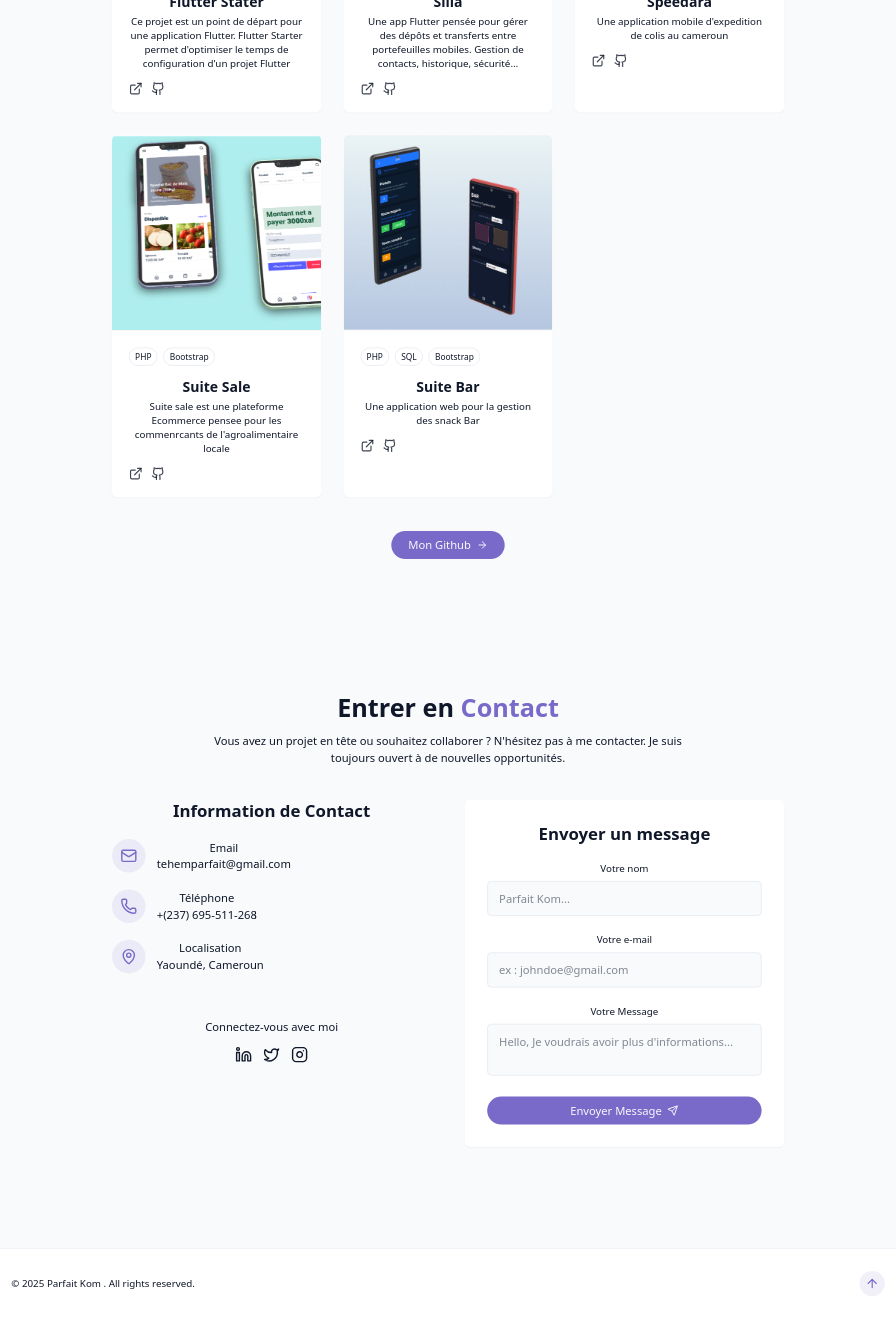
Repository: KOMI18/komi-folio
Page: /
These files come from the project's save history. The page is drawn as it stood at one moment and after a run of saves; the edit follows.
The browser window is 1280 px wide. The pictures show the part of the page from y = 4531 to 6451 px (the page is 6431 px tall before and 6451 px after), at 70% of full size.
The project was rebuilt for these pictures with package versions that can differ from the ones it lists, and the page was loaded fresh each time. Also part of the build but not shown: vite.config.js, src/pages/NotFound.jsx.

Above is the page before, as saved 2025-06-28 12:51:53.

### index.html
<!doctype html>
<html lang="en">
  <head>
    <meta charset="UTF-8" />
    <link rel="icon" type="image/svg+xml" href="" />
    <meta name="viewport" content="width=device-width, initial-scale=1.0" />
    <title>Parfait Kom</title>
  </head>
  <body>
    <div id="root"></div>
    <script type="module" src="/src/main.jsx"></script>
  </body>
</html>

### src/pages/Home.jsx
import { Navbar } from "../components/Navbar";
import { ThemeToggle } from "../components/ThemeToggle";
import { StarBackground } from "@/components/StarBackground";
import { HeroSection } from "../components/HeroSection";
import { AboutSection } from "../components/AboutSection";
import { SkillsSection } from "../components/SkillsSection";
import { ProjectsSection } from "../components/ProjectsSection";
import { ContactSection } from "../components/ContactSection";
import { Footer } from "../components/Footer";
import {ExperienceSection} from "../components/ExperianceSection"
import { ExpertiseSection } from "../components/ExpertiseSection";
export const Home = () => {
  return (
    <div className="min-h-screen bg-background text-foreground overflow-x-hidden">
      {/* Theme Toggle */}
      <ThemeToggle />
      {/* Background Effects */}
      <StarBackground />

      {/* Navbar */}
      <Navbar />
      {/* Main Content */}
      <main>
        <HeroSection />
        <AboutSection />
        <ExpertiseSection/>
        <ExperienceSection/>
        <SkillsSection />
        <ProjectsSection />
        <ContactSection />
      </main>

      {/* Footer */}
      <Footer />
    </div>
  );
};

### src/components/ui/toaster.jsx
import { useToast } from "@/hooks/use-toast";
import {
  Toast,
  ToastClose,
  ToastDescription,
  ToastProvider,
  ToastTitle,
  ToastViewport,
} from "@/components/ui/toast";

export function Toaster() {
  const { toasts } = useToast();

  return (
    <ToastProvider>
      {toasts.map(function ({ id, title, description, action, ...props }) {
        return (
          <Toast key={id} {...props}>
            <div className="grid gap-1">
              {title && <ToastTitle>{title}</ToastTitle>}
              {description && (
                <ToastDescription>{description}</ToastDescription>
              )}
            </div>
            {action}
            <ToastClose />
          </Toast>
        );
      })}
      <ToastViewport />
    </ToastProvider>
  );
}

### src/components/Navbar.jsx
import { cn } from "@/lib/utils";
import { Menu, X } from "lucide-react";
import { useEffect, useState } from "react";
import { ThemeToggle } from "./ThemeToggle";
const navItems = [
  { name: "Home", href: "#hero" },
  { name: "A Propos", href: "#about" },
  { name: "Experience", href: "#experience" },
  { name: "Competences", href: "#skills" },
  { name: "Projets", href: "#projects" },
  { name: "Contact", href: "#contact" },


];

export const Navbar = () => {
  const [isScrolled, setIsScrolled] = useState(false);
  const [isMenuOpen, setIsMenuOpen] = useState(false);

  useEffect(() => {
    const handleScroll = () => {
      setIsScrolled(window.screenY > 10);
    };

    window.addEventListener("scroll", handleScroll);
    return () => window.removeEventListener("scroll", handleScroll);
  }, []);
  return (
    <nav
      className={cn(
        "fixed w-full z-40 transition-all duration-300",
        isScrolled ? "py-3 bg-background/80 backdrop-blur-md shadow-xs" : "py-5"
      )}
    >
      <div className="container flex items-center justify-between">
        <a
          className="text-xl font-bold text-primary flex items-center"
          href="#hero"
        >
          <span className="relative z-10">
            <span className="text-glow text-foreground"> Parfait  </span>{" "}
            Kom
          </span>
        </a>

        {/* desktop nav */}
        <div className="hidden md:flex space-x-8">
          {navItems.map((item, key) => (
            <a
              key={key}
              href={item.href}
              className="text-foreground/80 hover:text-primary transition-colors duration-300"
            >
              {item.name}
            </a>
          ))}
        </div>

        {/* mobile nav */}

        <div className="flex items-center px-5 justify-end">
          <ThemeToggle />

        <button
          onClick={() => setIsMenuOpen((prev) => !prev)}
          className="md:hidden p-2 text-foreground z-50"
          aria-label={isMenuOpen ? "   Menu" : "Open Menu"}
        >
          {isMenuOpen ? <X size={24} /> : <Menu size={24} />}{" "}
        </button>
        </div>
        <div
          className={cn(
            "fixed inset-0 bg-background/95 backdroup-blur-md z-40 flex flex-col items-center justify-center",
            "transition-all duration-300 md:hidden",
            isMenuOpen
              ? "opacity-100 pointer-events-auto"
              : "opacity-0 pointer-events-none"
          )}
        >
          <div className="flex flex-col space-y-8 text-xl">
            {navItems.map((item, key) => (
              <a
                key={key}
                href={item.href}
                className="text-foreground/80 hover:text-primary transition-colors duration-300"
                onClick={() => setIsMenuOpen(false)}
              >
                {item.name}
              </a>
            ))}
          </div>
        </div>
      </div>
    </nav>
  );
};

### src/components/ThemeToggle.jsx
import { Moon, Sun } from "lucide-react";
import { useEffect, useState } from "react";
import { cn } from "@/lib/utils";

export const ThemeToggle = () => {
  const [isDarkMode, setIsDarkMode] = useState(false);

  useEffect(() => {
    const storedTheme = localStorage.getItem("theme");
    if (storedTheme === "dark") {
      setIsDarkMode(true);
      document.documentElement.classList.add("dark");
    } else {
      localStorage.setItem("theme", "light");
      setIsDarkMode(false);
    }
  }, []);

  const toggleTheme = () => {
    if (isDarkMode) {
      document.documentElement.classList.remove("dark");
      localStorage.setItem("theme", "light");
      setIsDarkMode(false);
    } else {
      document.documentElement.classList.add("dark");
      localStorage.setItem("theme", "dark");
      setIsDarkMode(true);
    }
  };

  return (
    <button
      onClick={toggleTheme}
      className={cn(
        "fixed top-5 right-5 z-30 p-2 rounded-full transition-colors duration-300",
        "focus:outline-none"
      )}
    >
      {isDarkMode ? (
        <Sun className="h-6 w-6 text-yellow-300" />
      ) : (
        <Moon className="h-6 w-6 text-blue-900" />
      )}
    </button>
  );
};

### src/components/StarBackground.jsx
import { useEffect, useState } from "react";

// id, size, x, y, opacity, animationDuration
// id, size, x, y, delay, animationDuration

export const StarBackground = () => {
  const [stars, setStars] = useState([]);
  const [meteors, setMeteors] = useState([]);

  useEffect(() => {
    generateStars();
    generateMeteors();

    const handleResize = () => {
      generateStars();
    };

    window.addEventListener("resize", handleResize);

    return () => window.removeEventListener("resize", handleResize);
  }, []);

  const generateStars = () => {
    const numberOfStars = Math.floor(
      (window.innerWidth * window.innerHeight) / 10000
    );

    const newStars = [];

    for (let i = 0; i < numberOfStars; i++) {
      newStars.push({
        id: i,
        size: Math.random() * 3 + 1,
        x: Math.random() * 100,
        y: Math.random() * 100,
        opacity: Math.random() * 0.5 + 0.5,
        animationDuration: Math.random() * 4 + 2,
      });
    }

    setStars(newStars);
  };

  const generateMeteors = () => {
    const numberOfMeteors = 4;
    const newMeteors = [];

    for (let i = 0; i < numberOfMeteors; i++) {
      newMeteors.push({
        id: i,
        size: Math.random() * 2 + 1,
        x: Math.random() * 100,
        y: Math.random() * 20,
        delay: Math.random() * 15,
        animationDuration: Math.random() * 3 + 3,
      });
    }

    setMeteors(newMeteors);
  };

  return (
    <div className="fixed inset-0 overflow-hidden pointer-events-none z-0">
      {stars.map((star) => (
        <div
          key={star.id}
          className="star animate-pulse-subtle"
          style={{
            width: star.size + "px",
            height: star.size + "px",
            left: star.x + "%",
            top: star.y + "%",
            opacity: star.opacity,
            animationDuration: star.animationDuration + "s",
          }}
        />
      ))}

      {meteors.map((meteor) => (
        <div
          key={meteor.id}
          className="meteor animate-meteor"
          style={{
            width: meteor.size * 50 + "px",
            height: meteor.size * 2 + "px",
            left: meteor.x + "%",
            top: meteor.y + "%",
            animationDelay: meteor.delay,
            animationDuration: meteor.animationDuration + "s",
          }}
        />
      ))}
    </div>
  );
};

### src/components/AboutSection.jsx

import { ArrowRight , Image} from "lucide-react";

export const AboutSection = () => {
  return (
    <section id="about" className="py-24 px-4 bg-background">
       <h2 className="text-3xl md:text-4xl font-bold mb-4 py-4 text-center">
          {" "}
          A <span className="text-primary">Propos</span>
        </h2>
      <div className="container mx-auto max-w-5xl grid grid-cols-1 md:grid-cols-2  gap-12 items-center">
        {/* Image */}
        <div className="order-first md:order-last flex justify-center md:justify-start">
          <div className="w-40 h-40 sm:w-80 sm:h-80 md:w-[500px] md:h-[500px] lg:w-[600px] lg:h-[600px] relative transform rotate-3 rounded-xl overflow-hidden border-4 border-primary shadow-lg transition-transform duration-500 hover:scale-105">
            <img
              src="/projects/parfaitkom.jpeg"
              alt="Parfait Kom"
              className="w-full h-full object-cover"
              width={500}
              height={500}
            />
          </div>
        </div>
        {/* Content */}
        <div className="space-y-6">
          <h2 className="text-3xl md:text-4xl font-bold text-left  md:text-left">
            Je transforme les idées en solutions qui bossent 24h/24 pour vous.
          </h2>

          <p className="text-muted-foreground text-left md:text-left">
            Je suis Parfait Kom, développeur mobile & web indépendant. Je construis des applications solides et utiles pour les PME et entrepreneurs du monde entier. Mon objectif ? Livrer des solutions concrètes, efficaces, sans blabla inutile. Du code propre, des résultats mesurables, et un vrai sens du travail bien fait.
          </p>

          <p className="text-muted-foreground text-left md:text-left">
            Mon approche est simple : comprendre rapidement vos enjeux, proposer des idées concrètes, et livrer des résultats de qualité. Pas de jargon. Pas de perte de temps. Juste du travail bien fait, avec méthode, passion et efficacité.
          </p>

          <div className="flex flex-col sm:flex-row gap-4 pt-2">
            <a href="#contact" className="cosmic-button">
              Entrer en contact
            </a>

            <a
              href="/docs/parfait_kom_cv.pdf"
              download
              className="px-6 py-2 rounded-full border border-primary text-primary hover:bg-primary/10 transition-colors duration-300 flex items-center gap-2"
            >
              Télécharger mon CV <ArrowRight className="w-4 h-4" />
            </a>
          </div>
        </div>
      </div>
    </section>
  );
};

export default AboutSection;

### src/components/SkillsSection.jsx
import { useState } from "react";
import { cn } from "@/lib/utils";

const skills = [
  // Frontend
  { name: "Flutter / Dart", level: 70, category: "frontend" },
  { name: "JavaScript", level: 60, category: "frontend" },
  { name: "React", level: 80, category: "frontend" },
  { name: "Tailwind CSS", level: 90, category: "frontend" },


  // Backend
  { name: "Node.js", level: 80, category: "backend" },
  { name: "Express", level: 75, category: "backend" },
  { name: "MongoDB", level: 70, category: "backend" },

  // Tools
  { name: "Git/GitHub", level: 80, category: "tools" },
  { name: "Postman", level: 80, category: "tools" },
];

const categories = ["Tout", "frontend", "backend", "tools"];

export const SkillsSection = () => {
  const [activeCategory, setActiveCategory] = useState("Tout");

  const filteredSkills = skills.filter(
    (skill) => activeCategory === "Tout" || skill.category === activeCategory
  );
  return (
    <section id="skills" className="py-24 px-4 relative bg-secondary/30">
      <div className="container mx-auto max-w-5xl">
        <h2 className="text-3xl md:text-4xl font-bold mb-12 text-center">
        Mes  <span className="text-primary"> compétences</span>
        </h2>

        <div className="flex flex-wrap justify-center gap-4 mb-12">
          {categories.map((category, key) => (
            <button
              key={key}
              onClick={() => setActiveCategory(category)}
              className={cn(
                "px-5 py-2 rounded-full transition-colors duration-300 capitalize",
                activeCategory === category
                  ? "bg-primary text-primary-foreground"
                  : "bg-secondary/70 text-forefround hover:bd-secondary"
              )}
            >
              {category}
            </button>
          ))}
        </div>

        <div className="grid grid-cols-1 sm:grid-cols-2 lg:grid-cols-3 gap-6">
          {filteredSkills.map((skill, key) => (
            <div
              key={key}
              className="bg-card p-6 rounded-lg shadow-xs card-hover"
            >
              <div className="text-left mb-4">
                <h3 className="font-semibold text-lg"> {skill.name}</h3>
              </div>
              <div className="w-full bg-secondary/50 h-2 rounded-full overflow-hidden">
                <div
                  className="bg-primary h-2 rounded-full origin-left animate-[grow_1.5s_ease-out]"
                  style={{ width: skill.level + "%" }}
                />
              </div>

              <div className="text-right mt-1">
                <span className="text-sm text-muted-foreground">
                  {skill.level}%
                </span>
              </div>
            </div>
          ))}
        </div>
      </div>
    </section>
  );
};

### src/components/ProjectsSection.jsx
import { ArrowRight, ExternalLink, Github } from "lucide-react";

const projects = [

  {
    id: 2,
    title: "Flutter Stater",
    description:
      "Ce projet est un point de départ pour une application Flutter. Flutter Starter permet d'optimiser le temps de configuration d'un projet Flutter",
    image: "/projects/starter.jpeg",
    tags: ["Flutter", "Dart"],
    demoUrl: "#",
    githubUrl: "https://github.com/KOMI18/flutter_starter/tree/master",
  },
  {
    id: 2,
    title: "Silia",
    description:
      "Une app Flutter pensée pour gérer des dépôts et transferts entre portefeuilles mobiles. Gestion de contacts, historique, sécurité…",
    image: "/projects/project3.png",
    tags: ["Flutter", "Dart", "GetX"],
    // demoUrl: "#",
    githubUrl: "https://github.com/KOMI18/silia",
  },
  {
    id: 3,
    title: "Speedara",
    description:
      "Une application mobile d'expedition de colis au cameroun",
    image: "/projects/speedara.jpeg",
    tags: ["Flutter", "Dart", "GetX" ],
    demoUrl: "#",
    githubUrl: "#",
  },
  {
    id: 2,
    title: "Suite Sale",
    description:
      "Suite sale est une plateforme Ecommerce pensee pour les commenrcants de l'agroalimentaire locale",
    image: "/projects/sale.png",
    tags: ["PHP", "Bootstrap"],
    demoUrl: "#",
    githubUrl: "https://cosmopharmalindustry.com/suitesale/app/Pages/Login.php",
  },
  {
    id: 1,
    title: "Suite Bar ",
    description:
      "Une application web pour la gestion des snack Bar",
    image: "/projects/suite.png",
    tags: ["PHP", "SQL", "Bootstrap"],
    demoUrl: "https://cosmopharmalindustry.com/bragherstudio.suite-ba/pages/user_login.php",
    githubUrl: "#",
  },

];

export const ProjectsSection = () => {
  return (
    <section id="projects" className="py-24 px-4 relative">
      <div className="container mx-auto max-w-5xl">
        <h2 className="text-3xl md:text-4xl font-bold mb-4 text-center">
          {" "}
          Quelques <span className="text-primary">Projets</span>
        </h2>

        <p className="text-center text-muted-foreground mb-12 max-w-2xl mx-auto">
          Ce que j’ai construit pour d’autres, je peux le construire pour vous.
          {" "}
          Des projets concrets, pas des promesses.
        </p>

        <div className="grid grid-cols-1 md:grid-cols-2 lg:grid-cols-3 gap-8">
          {projects.map((project, key) => (
            <div
              key={key}
              className="group bg-card rounded-lg overflow-hidden shadow-xs card-hover"
            >
              <div className="h-70 overflow-hidden">
                <img
                height={400}
                width={500}
                  src={project.image}
                  alt={project.title}
                  className="w-full h-full object-cover transition-transform duration-500 group-hover:scale-110"
                />
              </div>

              <div className="p-6">
                <div className="flex flex-wrap gap-2 mb-4">
                  {project.tags.map((tag) => (
                    <span className="px-2 py-1 text-xs font-medium border rounded-full bg-secondary text-secondary-foreground">
                      {tag}
                    </span>
                  ))}
                </div>

                <h3 className="text-xl font-semibold mb-1"> {project.title}</h3>
                <p className="text-muted-foreground text-sm mb-4">
                  {project.description}
                </p>
                <div className="flex justify-between items-center">
                  <div className="flex space-x-3">
                    <a
                      href={project.demoUrl}
                      target="_blank"
                      className="text-foreground/80 hover:text-primary transition-colors duration-300"
                    >
                      <ExternalLink size={20} />
                    </a>
                    <a
                      href={project.githubUrl}
                      target="_blank"
                      className="text-foreground/80 hover:text-primary transition-colors duration-300"
                    >
                      <Github size={20} />
                    </a>
                  </div>
                </div>
              </div>
            </div>
          ))}
        </div>
        <div className="text-center mt-12">
          <a
            className="cosmic-button w-fit flex items-center mx-auto gap-2"
            target="_blank"
            href="https://github.com/KOMI18"
          >
             Mon Github <ArrowRight size={16} />
          </a>
        </div>
      </div>
    </section>
  );
};

### src/components/Footer.jsx
import { ArrowUp } from "lucide-react";

export const Footer = () => {
  return (
    <footer className="py-12 px-4 bg-card relative border-t border-border mt-12 pt-8 flex flex-wrap justify-between items-center">
      {" "}
      <p className="text-sm text-muted-foreground">
        {" "}
        &copy; {new Date().getFullYear()} Parfait Kom . All rights reserved.
      </p>
      <a
        href="#hero"
        className="p-2 rounded-full bg-primary/10 hover:bg-primary/20 text-primary transition-colors"
      >
        <ArrowUp size={20} />
      </a>
    </footer>
  );
};

Loaded but not shown: src/main.jsx (common file); src/App.jsx (common file); src/lib/utils.js (common file); src/hooks/use-toast.js (144 lines, source omitted); src/components/ContactSection.jsx (235 lines, source omitted); src/components/ExperianceSection.jsx (117 lines, source omitted); src/components/HeroSection.jsx (103 lines, source omitted); src/index.css (214 lines, source omitted); src/components/ui/toast.jsx (102 lines, source omitted); src/components/ExpertiseSection.jsx (90 lines, source omitted)

After the next 2 saves:
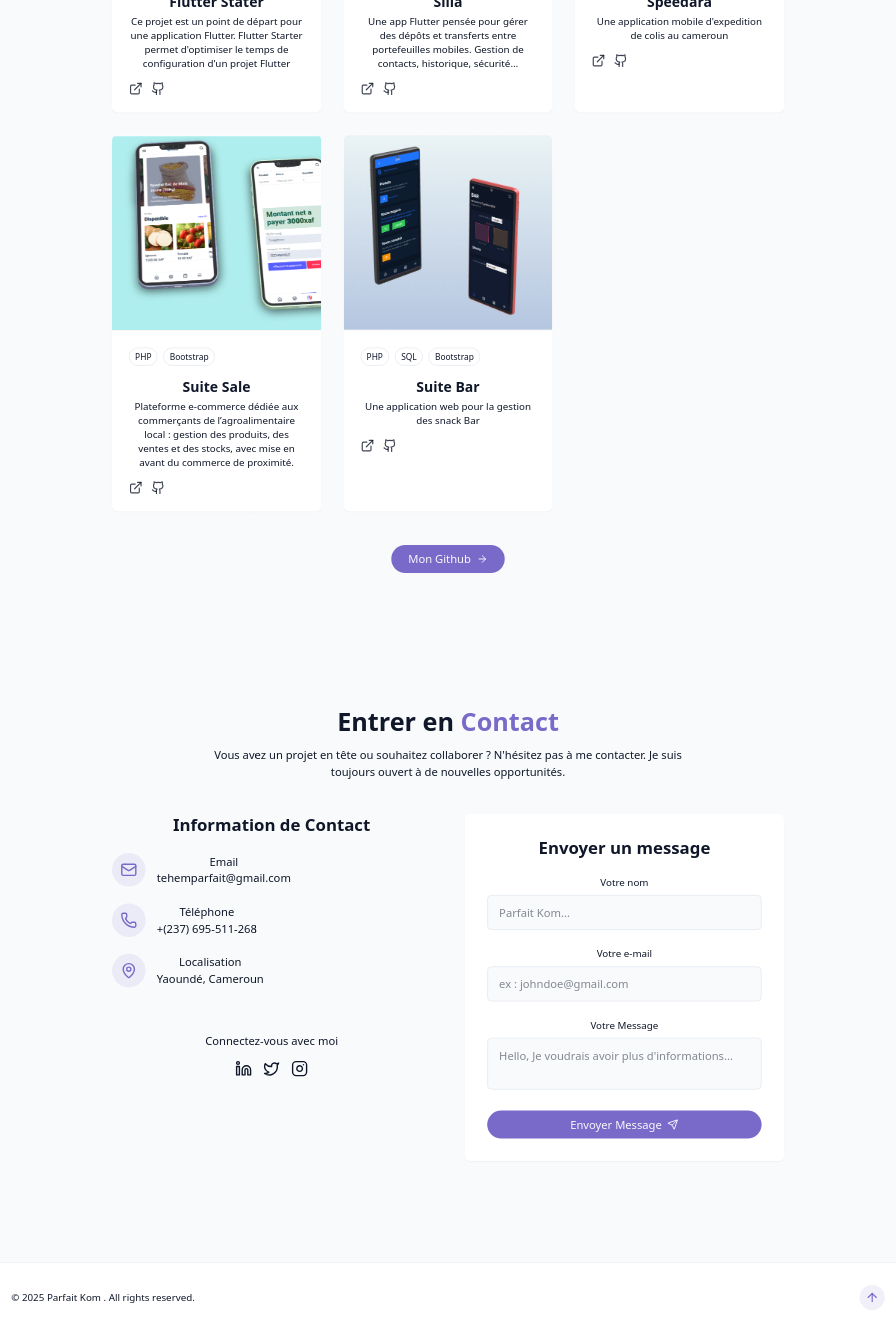
The 2 saves are shown as one change because they came seconds apart.
The last was saved 69 s later.
--- a/src/components/ProjectsSection.jsx
+++ b/src/components/ProjectsSection.jsx
@@ -36,7 +36,7 @@ const projects = [
     id: 2,
     title: "Suite Sale",
     description:
-      "Suite sale est une plateforme Ecommerce pensee pour les commenrcants de l'agroalimentaire locale",
+      "Plateforme e-commerce dédiée aux commerçants de l’agroalimentaire local : gestion des produits, des ventes et des stocks, avec mise en avant du commerce de proximité.",
     image: "/projects/sale.png",
     tags: ["PHP", "Bootstrap"],
     demoUrl: "#",
